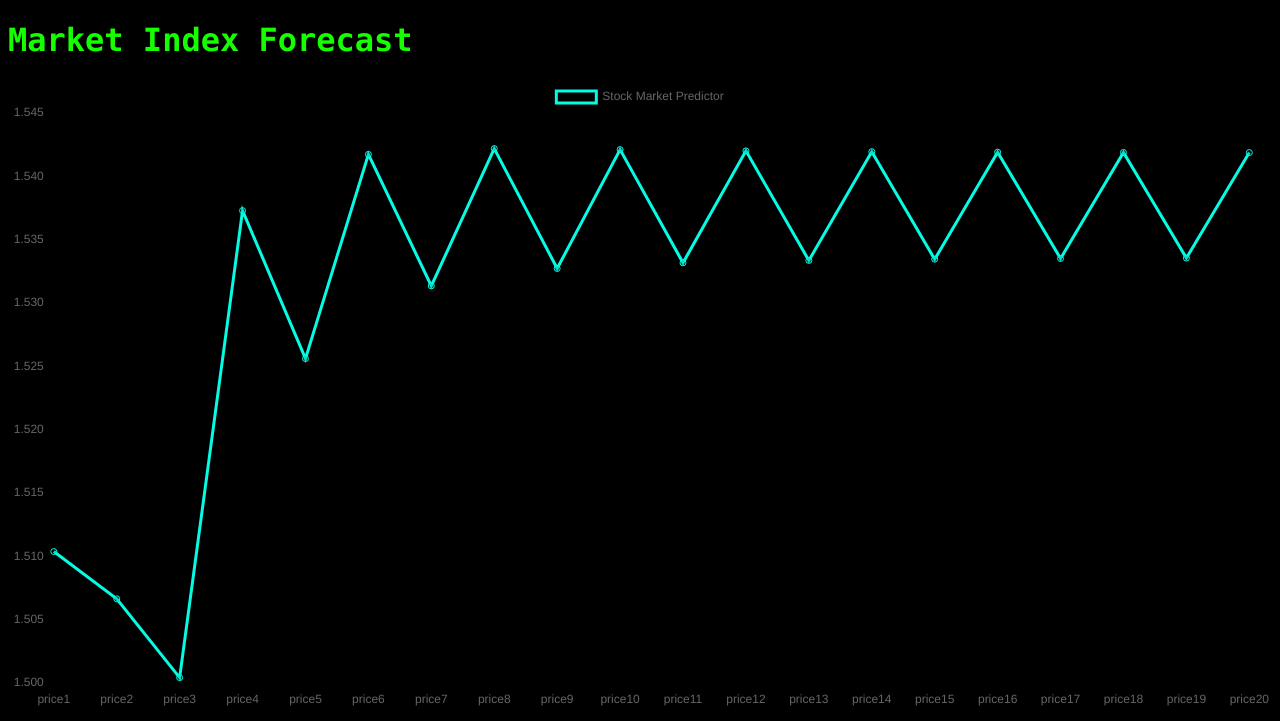
Repository: blackout41/machineLearning
Page: goldIndex.html
The author's editor kept a record of every edit. The page is drawn from the files as they stood at one moment, then again after the next edit.
The browser window is 1280 px wide. The pictures show the whole page.
Some web libraries are served in a nearby version.

Above is the page before.

After the next edit:
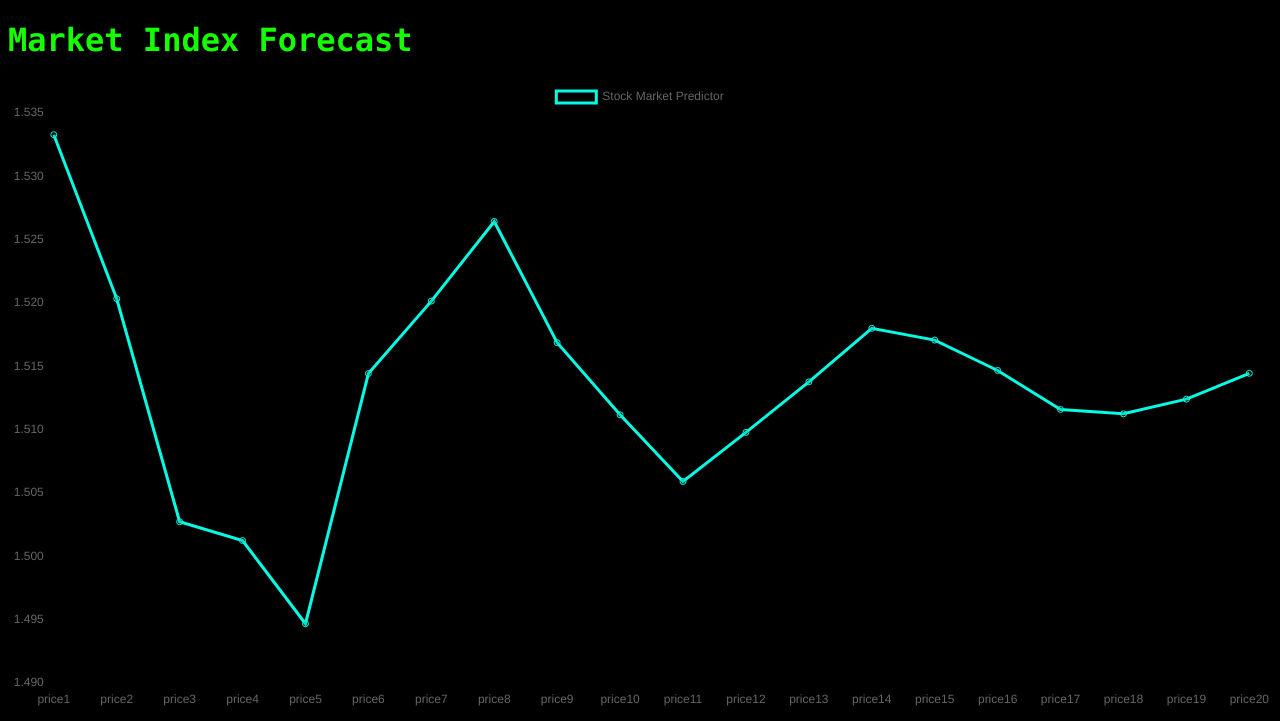
The edit:
--- a/goldIndex.js
+++ b/goldIndex.js
@@ -17,8 +17,20 @@
         1.527,
         1.545,
         1.526,
-
-
+1.507,
+        1.502,
+        1.497,
+        1.527,
+        1.527,
+        1.545,
+        1.526,
+        1.507,
+        1.502,
+        1.497,
+        1.527,
+        1.527,
+        1.545,
+        1.526,
     ]
 ];
 
